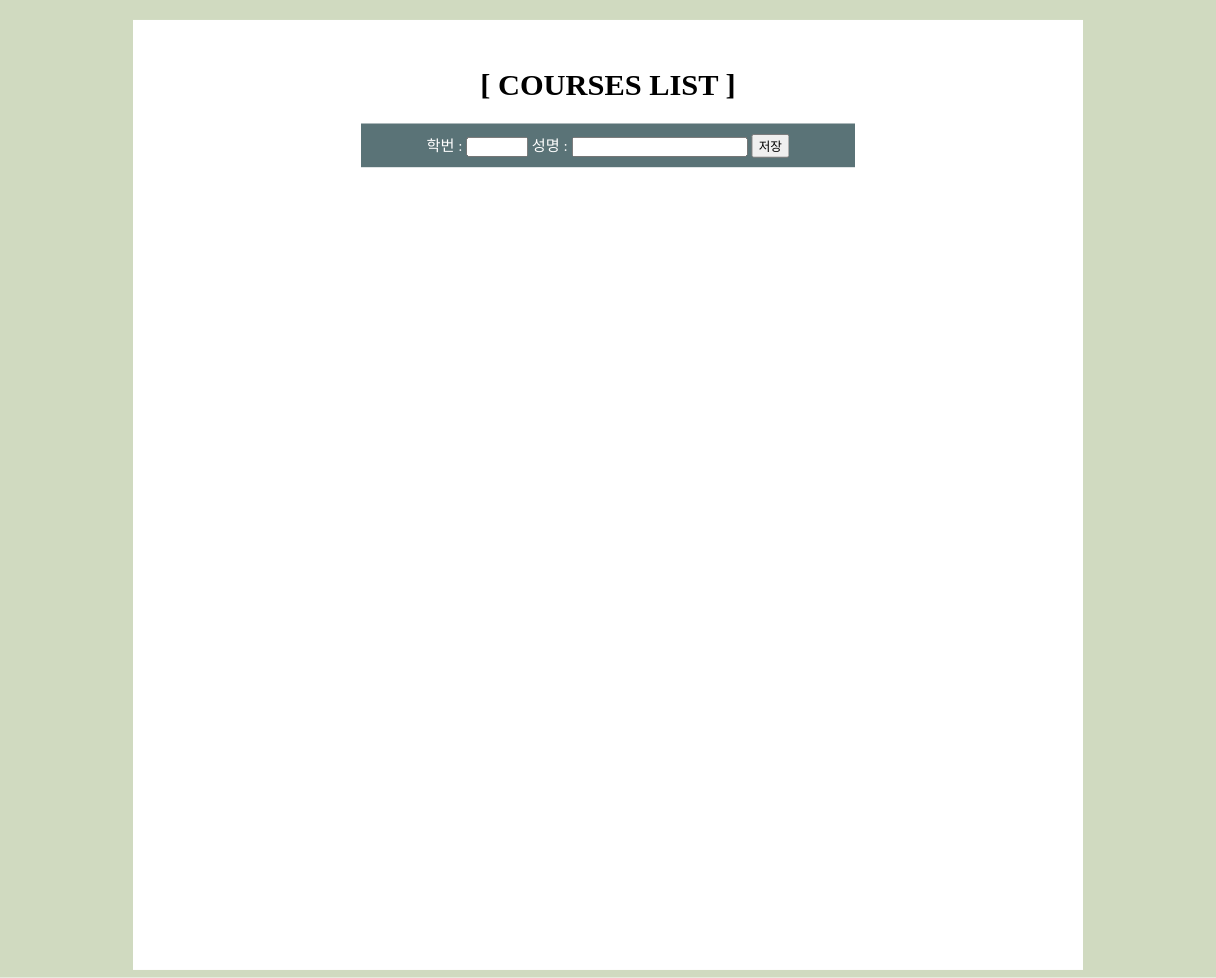
Repository: eeul07/html
Page: ex0508/WebContent/clist.html
The author's editor kept a copy of each file at every save. The page is drawn from the files as they stood at one save, then again after the next save.
The browser window is 1280 px wide. The pictures show the whole page, at 95% of full size.
Some web libraries are served in a nearby version.

Above is the page before, as saved 2020-05-08 06:48:22.

After the next save:
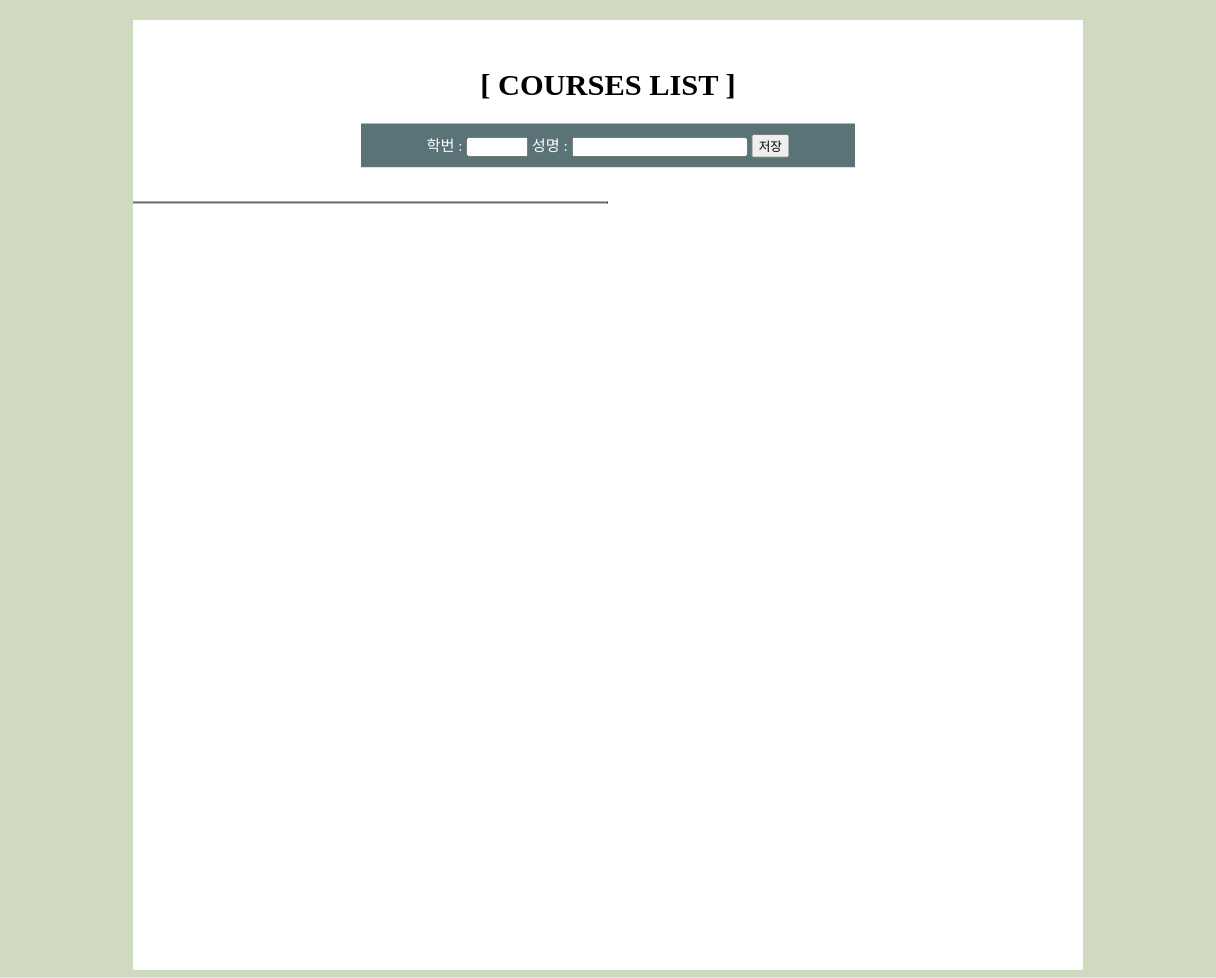
Saved 6 min 41 s later.
--- a/ex0508/WebContent/clist.html
+++ b/ex0508/WebContent/clist.html
@@ -36,11 +36,45 @@
 				</tr>
 			{{/each}}
 		</script>
+		<br>
+		<table id="tbl1" border=1 width=500></table>
+		<script id="temp1" type="text/x-handlebars-template">
+			{{#each array}}
+				<tr class=row>
+					<td class=lcode>{{lcode}}</td>
+					<td>{{lname}}</td>
+					<td>{{grade}}</td>
+					<td><button>수정</button></td>
+				</tr>
+			{{/each}}
+		</script>
 	</div>
 </body>
 <script>
 	getList();
 
+	// 수강신청학생 보기
+	$("#tbl").on("click", ".row", function(){
+		$("#tbl1").hide();
+		var lcode=$(this).find("lcode").html();
+		$.ajax({
+			type:"get",
+			url:"celist.jsp",
+			data:{"lcode":lcode},
+			dataType:"json",
+			success:function(data){
+				if(data.cnt==0){
+					alert("삭제완료");
+					getList();
+				}else{
+					alert("수강신청한 학생이 없습니다.");
+					var temp=Handlebars.compile($("#temp1").html());
+			         $("#tbl1").html(temp(data));
+			         $("#tbl1").show();
+				}
+			}
+		});
+	});
 	// 삭제
 	$("#tbl").on("click", ".row button", function(){
 		var row=$(this).parent().parent();

After the 3 saves that followed:
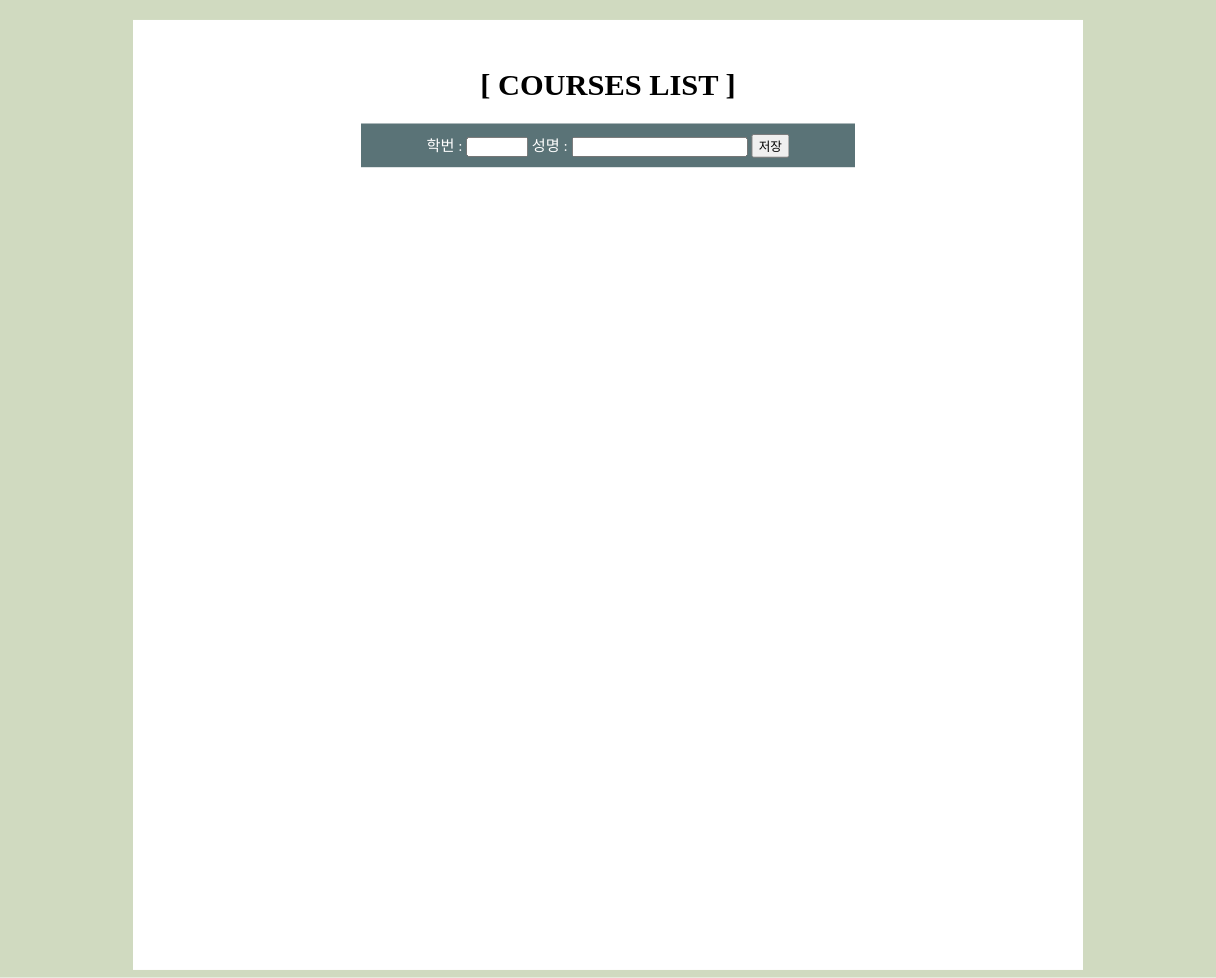
The 3 saves are shown as one change because 2 left the picture as it was.
The last was saved 4 min 10 s later.
--- a/ex0508/WebContent/clist.html
+++ b/ex0508/WebContent/clist.html
@@ -12,7 +12,7 @@
 		select{height:23px;}
 		#insert{background:#5A7377; color:white; width:500px; padding:10px; margin:auto;
 				text-align:center;}
-		#tbl{margin:auto; width:520px; border:3px solid #74476A; text-align:center;
+		#tbl, #tbl1{margin:auto; width:520px; border:3px solid #74476A; text-align:center;
 			border-collapse:collapse;}
 		.row:hover{background:#B3ABBD}
 	</style>
@@ -41,8 +41,8 @@
 		<script id="temp1" type="text/x-handlebars-template">
 			{{#each array}}
 				<tr class=row>
-					<td class=lcode>{{lcode}}</td>
-					<td>{{lname}}</td>
+					<td class=scode>{{scode}}</td>
+					<td>{{sname}}</td>
 					<td>{{grade}}</td>
 					<td><button>수정</button></td>
 				</tr>
@@ -56,7 +56,7 @@
 	// 수강신청학생 보기
 	$("#tbl").on("click", ".row", function(){
 		$("#tbl1").hide();
-		var lcode=$(this).find("lcode").html();
+		var lcode=$(this).find(".lcode").html();
 		$.ajax({
 			type:"get",
 			url:"celist.jsp",
@@ -64,10 +64,9 @@
 			dataType:"json",
 			success:function(data){
 				if(data.cnt==0){
-					alert("삭제완료");
+					alert("수강신청한 학생이 없습니다.");
 					getList();
 				}else{
-					alert("수강신청한 학생이 없습니다.");
 					var temp=Handlebars.compile($("#temp1").html());
 			         $("#tbl1").html(temp(data));
 			         $("#tbl1").show();
